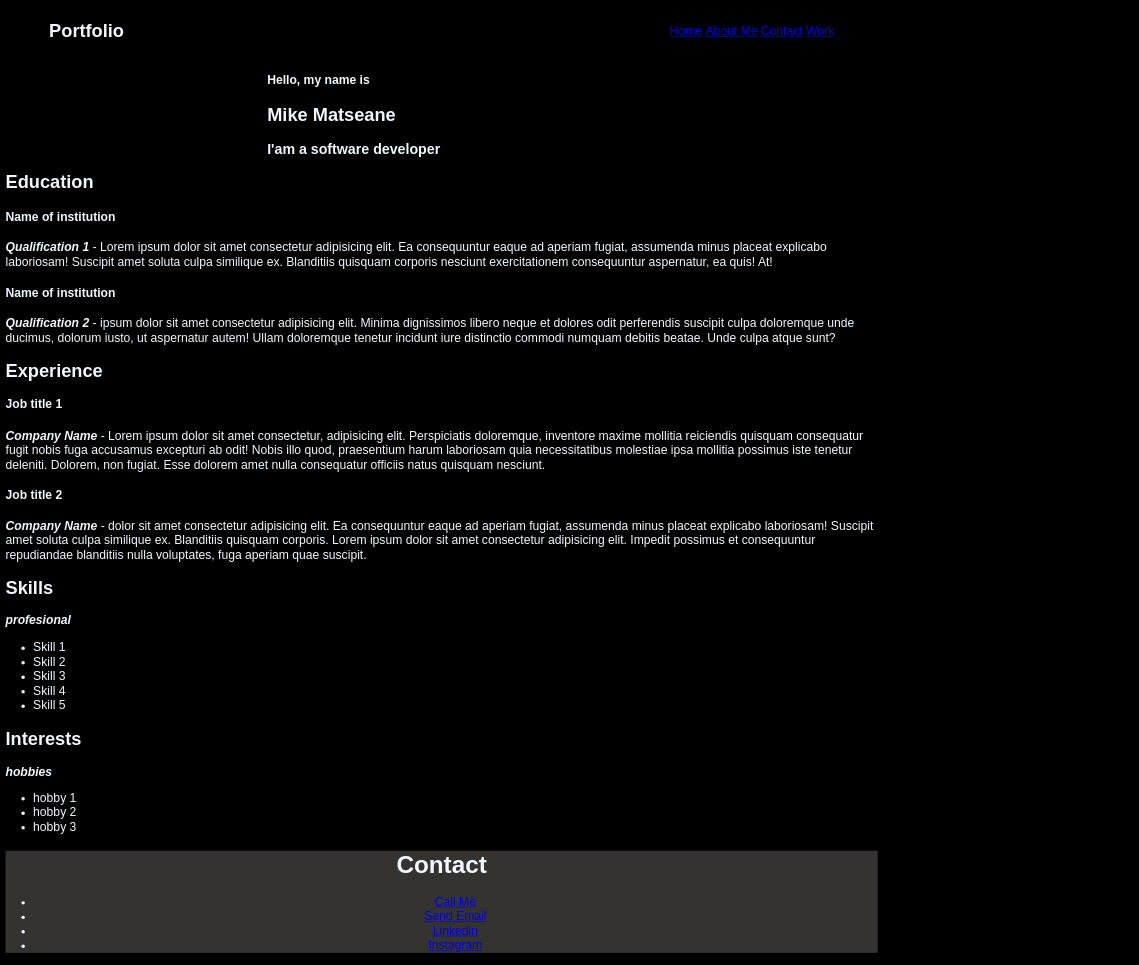
Repository: mikempho/Resume1
Page: resume1.html
These files come from the project's save history. The page is drawn as it stood at one moment and after the next save; the edit follows.
The browser window is 1280 px wide. The page is 1651 px wide, so the pictures cover 1651 px, including what lies to the right of the window. The pictures show the whole page, at 69% of full size.

Above is the page before, as saved 2022-03-25 21:15:51.

After the next save:
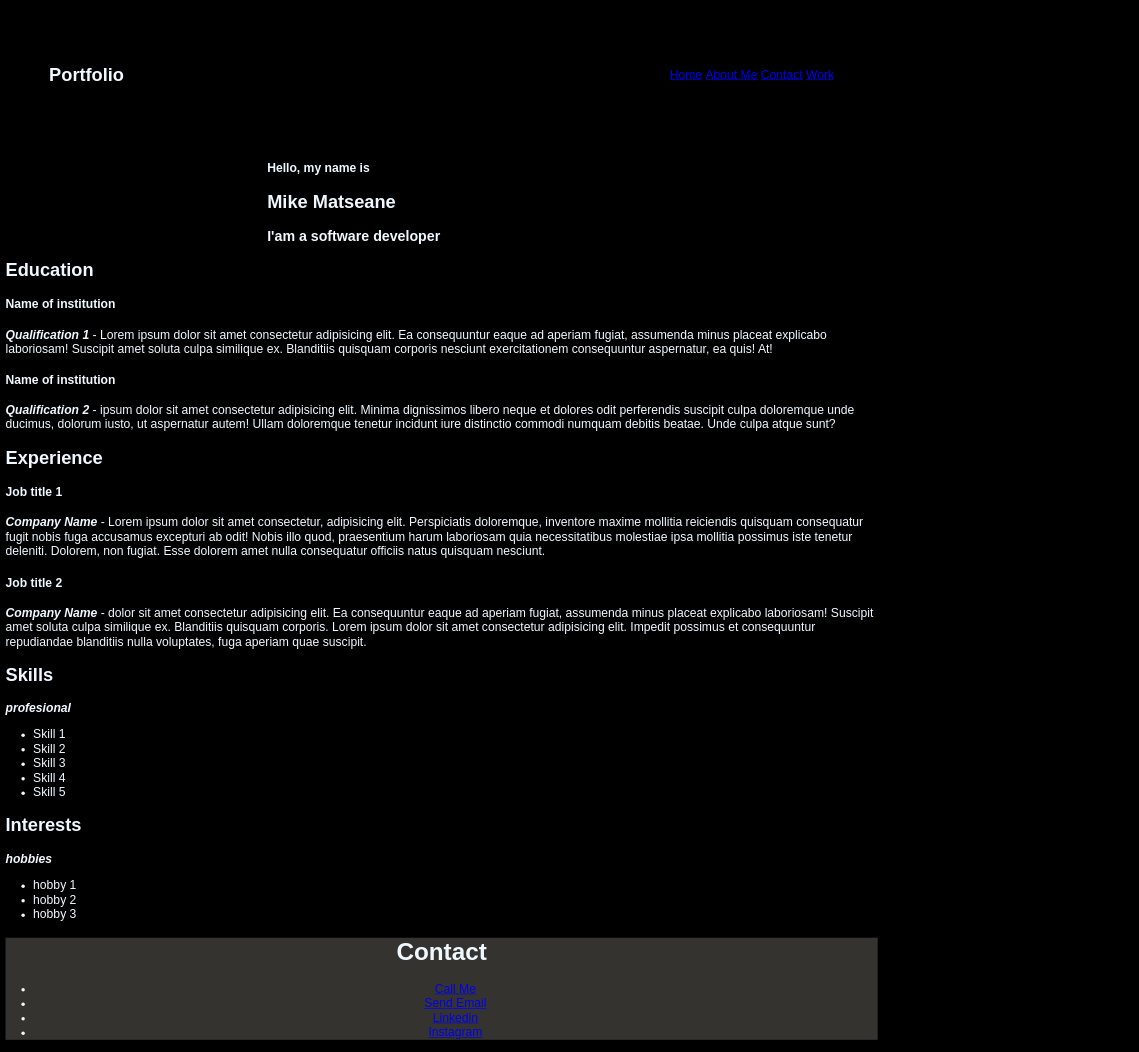
Saved 16 s later.
--- a/css/stylesheet.css
+++ b/css/stylesheet.css
@@ -16,7 +16,7 @@
   display: flex;
   align-items: center;
   justify-content: space-between;
-  padding: 0px 5%;
+  padding: 5%;
 }
 
 nav ul li {

After the save that followed:
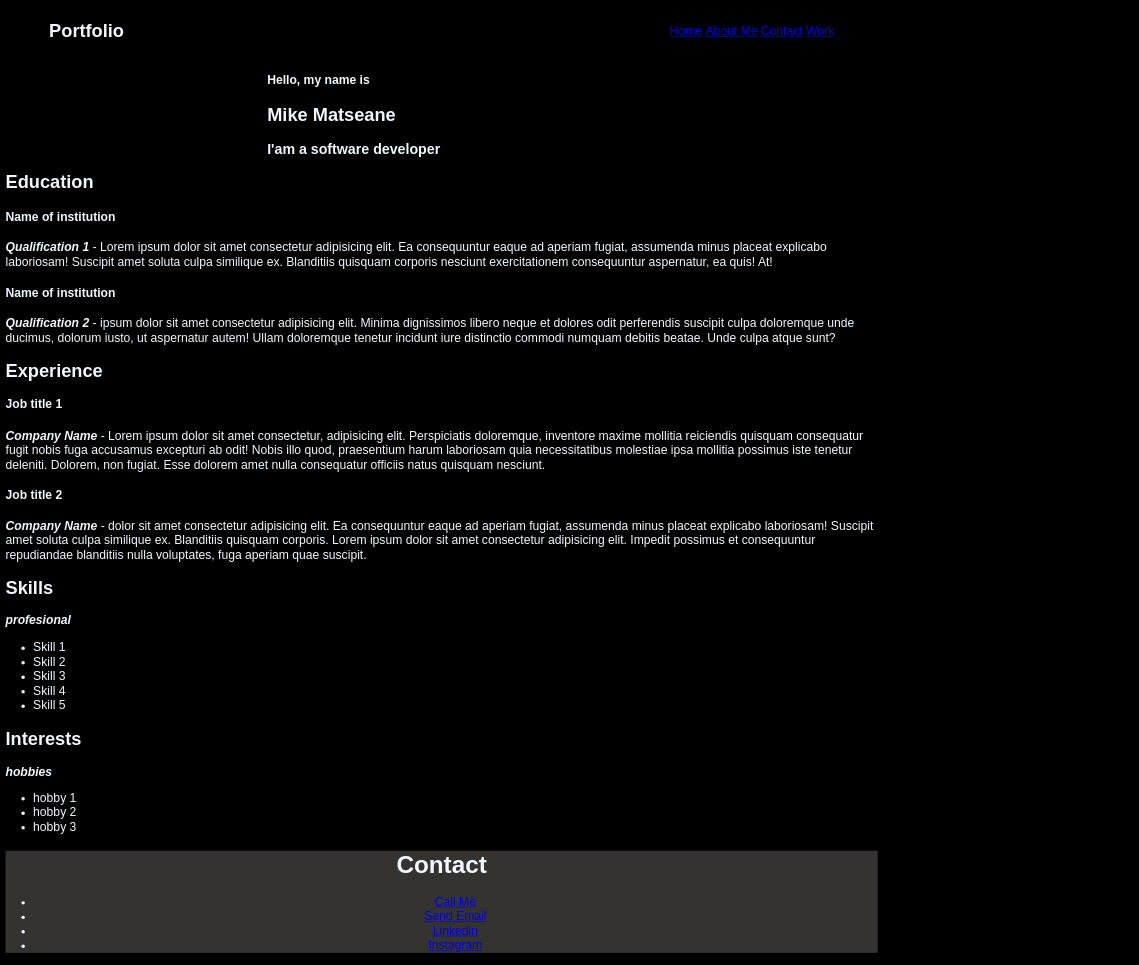
Saved 22 s later.
--- a/css/stylesheet.css
+++ b/css/stylesheet.css
@@ -16,7 +16,8 @@
   display: flex;
   align-items: center;
   justify-content: space-between;
-  padding: 5%;
+  padding-left:5%;
+  padding-right:5%;
 }
 
 nav ul li {
